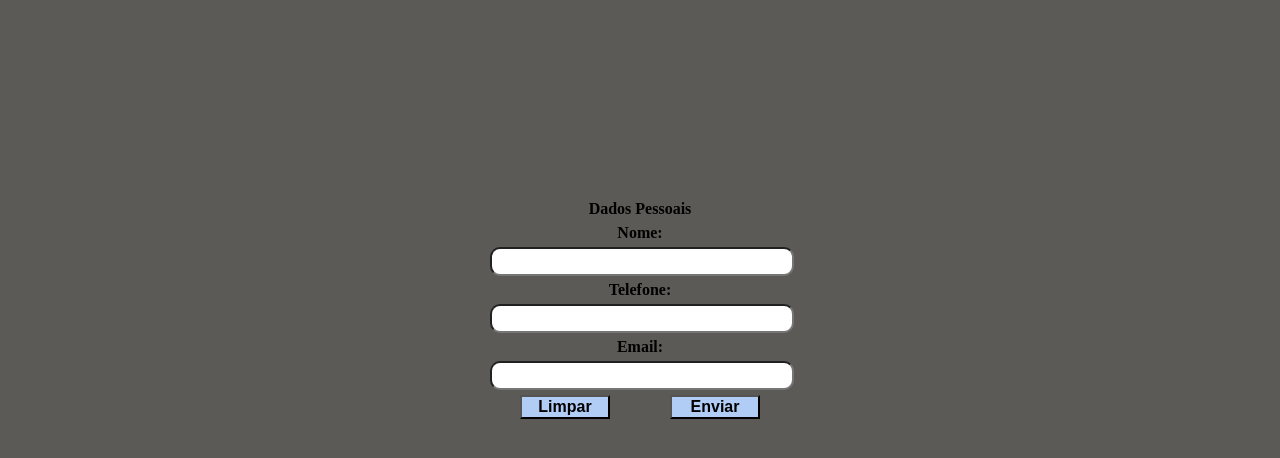
Repository: vitorrausis/Projeto_Final_TrilhaWeb
Page: ProjetoWebJava-main/exemploServlet/src/main/webapp/contato.html
The author's editor kept a copy of each file at every save. The page is drawn from the files as they stood at one save, then again after the next save.
The browser window is 1280 px wide. The pictures show the whole page.

Above is the page before, as saved 2024-03-21 23:41:08.

After the next save:
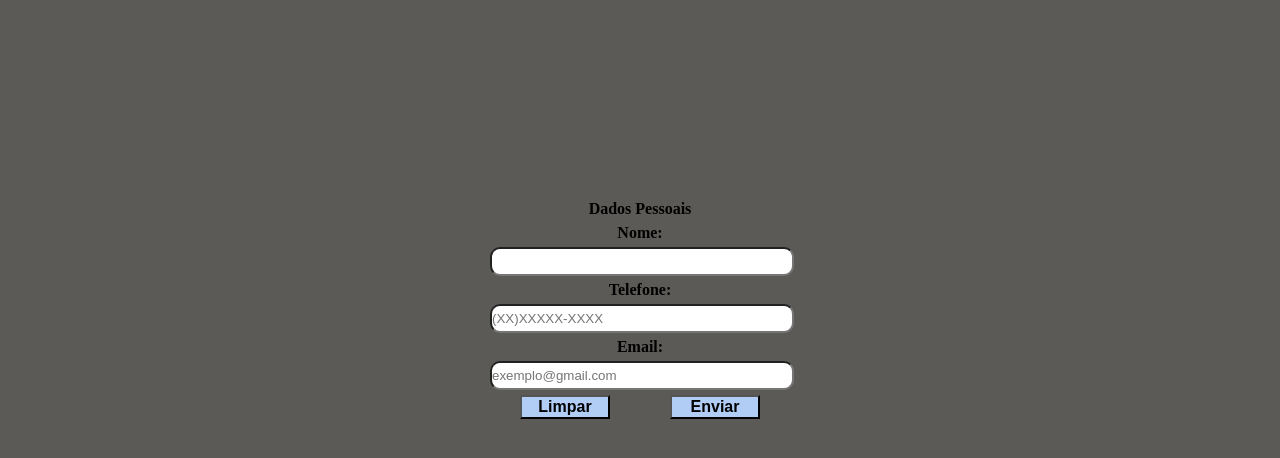
Saved 57 s later.
--- a/ProjetoWebJava-main/exemploServlet/src/main/webapp/contato.html
+++ b/ProjetoWebJava-main/exemploServlet/src/main/webapp/contato.html
@@ -11,10 +11,10 @@
                 <legend>Dados Pessoais</legend>
                 <label for="nome">Nome: </label>
                 <input placeholder="" type="text" name="txtnome" id="nome">
-                <label placeholder="Telefone" for="fone">Telefone: </label>
-                <input type="text" name="txtfone" id="fone">
+                <label  for="fone">Telefone: </label>
+                <input placeholder="(XX)XXXXX-XXXX" type="text" name="txtfone" id="fone">
                 <label for="email">Email: </label>
-                <input type="email" name="txtemail" id="email">
+                <input  placeholder="exemplo@gmail.com" type="email" name="txtemail" id="email">
             	<button type="reset" onclick="verificaMotivo(null)">Limpar</button><button type="submit">Enviar</button>
             </fieldset>
 
